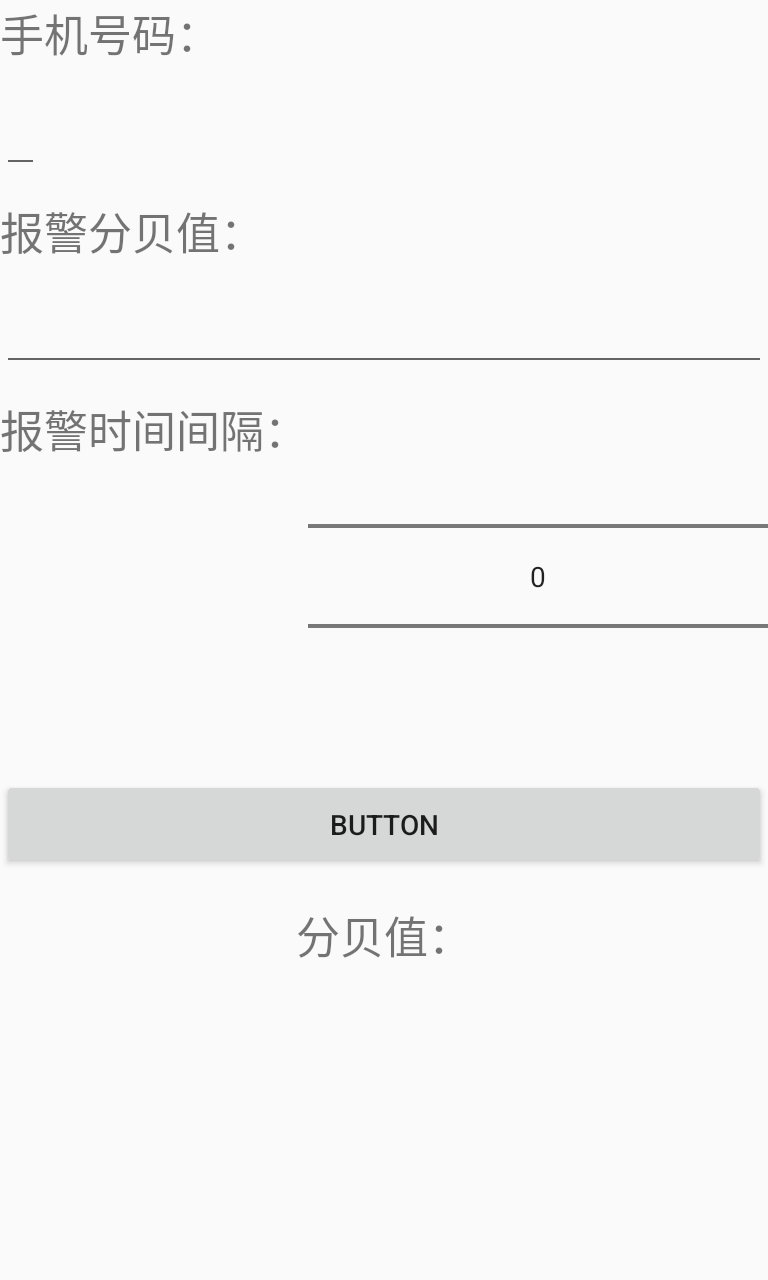
Repository: lovelyzhang/DBdetection
Layout: DBDetection/res/layout/activity_main.xml
These files come from the project's save history. The layout is drawn as it stood at one moment and after the next save; the edit follows.
It is drawn on a 768 x 1280 px phone screen (xhdpi) without system bars, with theme AppTheme; the app's code is not run.

Above is the layout before, as saved 2014-09-15 12:08:58.

### DBDetection/res/layout/activity_main.xml
<RelativeLayout
        xmlns:android="http://schemas.android.com/apk/res/android"
   		xmlns:tools="http://schemas.android.com/tools"
    	android:id="@+id/container"
    	android:layout_width="match_parent"
    	android:layout_height="match_parent"
    	tools:context="com.example.dbdetection.MainActivity">


     	<TextView
     	    android:id="@+id/CellText"
 	        android:layout_width="fill_parent"
        	android:layout_height="wrap_content"
        	android:text="手机号码："
        	android:textSize="10pt"
     	    />

     	<EditText
        	android:id="@+id/CellNo"
 	        android:layout_width="wrap_content"
        	android:layout_height="wrap_content"
        	android:textSize="10pt"
        	android:layout_below="@id/CellText"
        	android:maxLength="11"
        	android:numeric="integer"
        	android:layout_marginTop="20px"
     	    />

     	<TextView
     	    android:id="@+id/MaxDBText"
 	        android:layout_width="fill_parent"
        	android:layout_height="wrap_content"
        	android:text="报警分贝值："
        	android:textSize="10pt"
        	android:layout_below="@id/CellNo"
        	android:layout_marginTop="20px"
     	    />

     	<EditText
        	android:id="@+id/MaxDBValue"
 	        android:layout_width="fill_parent"
        	android:layout_height="wrap_content"
        	android:textSize="10pt"
        	android:layout_below="@id/MaxDBText"
        	android:maxLength="4"
        	android:numeric="integer"
	        android:layout_marginTop="20px"
     	    />
     	<TextView
     	    android:id="@+id/DBNumbers"
 	        android:layout_width="wrap_content"
        	android:layout_height="wrap_content"
        	android:text="报警时间间隔："
        	android:textSize="10pt"
        	android:layout_below="@id/MaxDBValue"
        	android:layout_marginTop="20px"
     	  	/>

 	    <NumberPicker
 	        android:id="@+id/np"
 	        android:layout_width="fill_parent"
 	        android:layout_height="wrap_content"
 	        android:layout_below="@id/MaxDBValue"
 	        android:layout_marginTop="20px"
 	        android:layout_toRightOf="@id/DBNumbers" />

        <Button
	        android:id="@+id/StartButton"
	        android:layout_width="fill_parent"
	        android:layout_height="wrap_content"
	        android:text="Button"
	        android:layout_below="@id/np"
	        android:layout_marginTop="20px"
        	/>

    	<TextView
	        android:id="@+id/DBText"
	        android:layout_width="fill_parent"
	        android:layout_height="wrap_content"
	        android:layout_marginTop="30px"
	        android:textSize="10pt"
	        android:text="分贝值："
	        android:gravity="center"
	        android:layout_below="@id/StartButton"
        	/>
    </RelativeLayout>

Loaded but not shown: DBDetection/res/values/styles.xml (common file); DBDetection/res/values-v11/styles.xml (common file); DBDetection/res/values-v14/styles.xml (common file)

After the next save:
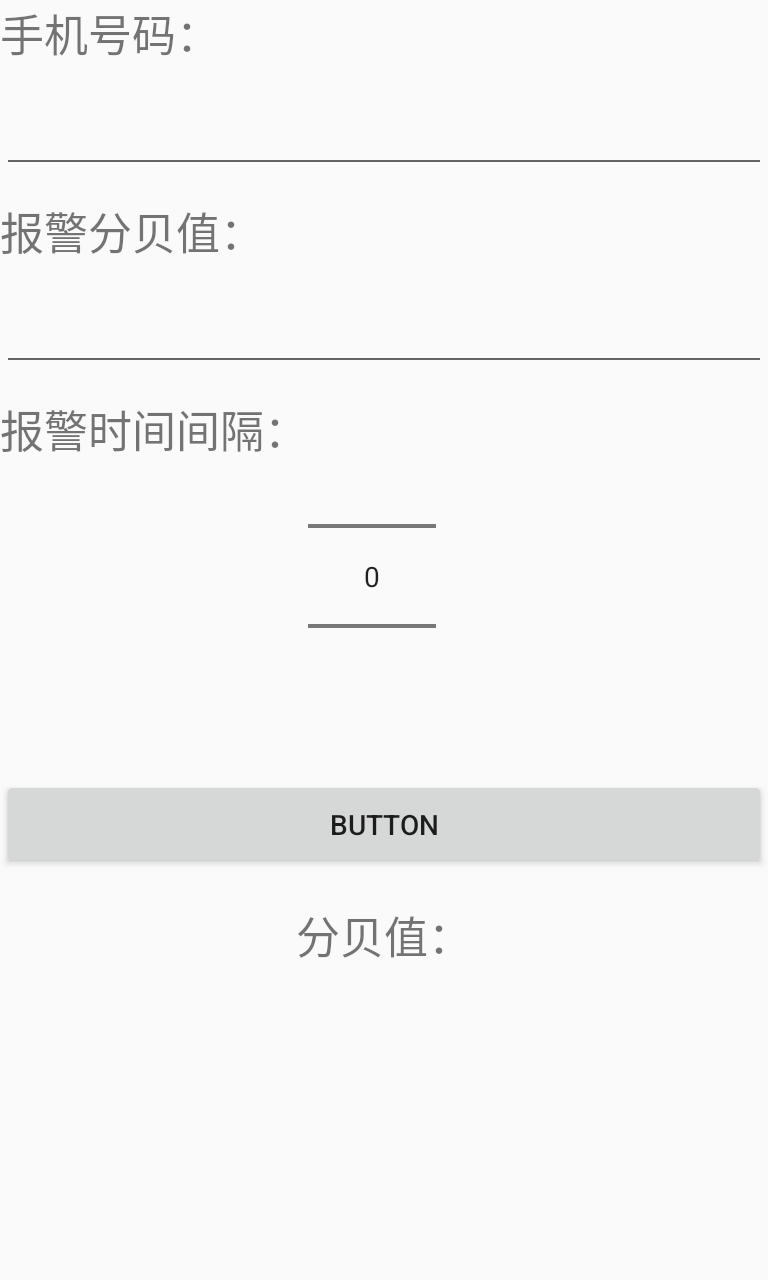
Saved 64 s later.
--- a/DBDetection/res/layout/activity_main.xml
+++ b/DBDetection/res/layout/activity_main.xml
@@ -17,7 +17,7 @@
 
      	<EditText
         	android:id="@+id/CellNo"
- 	        android:layout_width="wrap_content"
+ 	        android:layout_width="fill_parent"
         	android:layout_height="wrap_content"
         	android:textSize="10pt"
         	android:layout_below="@id/CellText"
@@ -58,7 +58,7 @@
 
  	    <NumberPicker
  	        android:id="@+id/np"
- 	        android:layout_width="fill_parent"
+ 	        android:layout_width="wrap_content"
  	        android:layout_height="wrap_content"
  	        android:layout_below="@id/MaxDBValue"
  	        android:layout_marginTop="20px"
